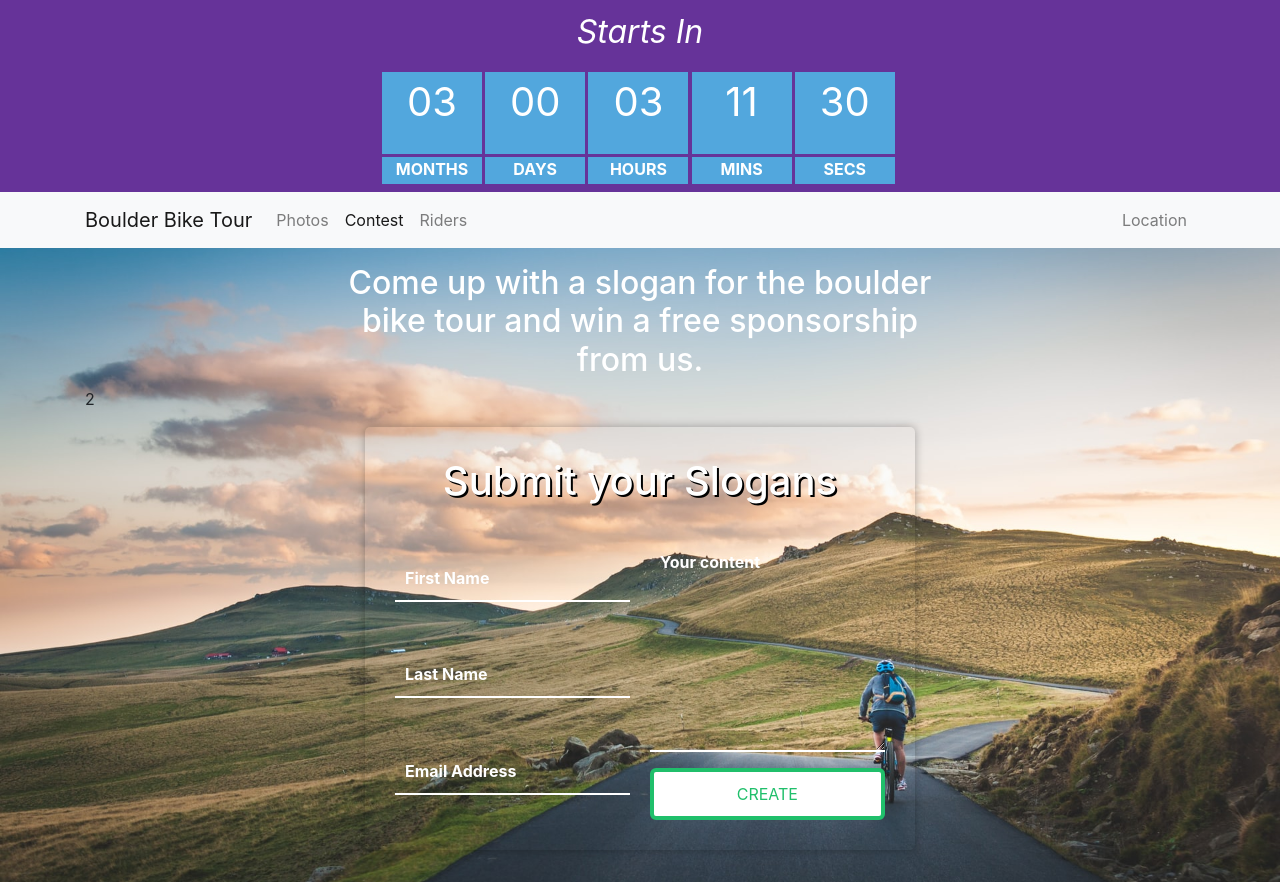
Repository: akinsikuoluwafemi/boulder_bike_tour_frontend
Page: /contest
An editor plug-in stored every save of this project. The page is shown before and after the next save, followed by the edit.
The browser window is 1280 px wide. The pictures show the whole page.
The page's requests for data from a server got no answer. Some web libraries are served in a nearby version. The project was rebuilt for these pictures with package versions that can differ from the ones it lists, and the page was loaded fresh each time. No one was signed in, and anything a server would have sent is missing. Also part of the build but not shown: src/components/Home/LatestNews.js, src/components/Home/Winners.js, src/components/Accordions/Accordions.js, src/components/Home/FooterContent.js, src/components/Home/Home.js, src/components/Location/mapStyles.js, src/components/Spinner/Spinner.scss, src/components/Spinner/Spinner.js and 5 more.

Above is the page before, as saved 2020-08-23 08:34:11.

After the next save:
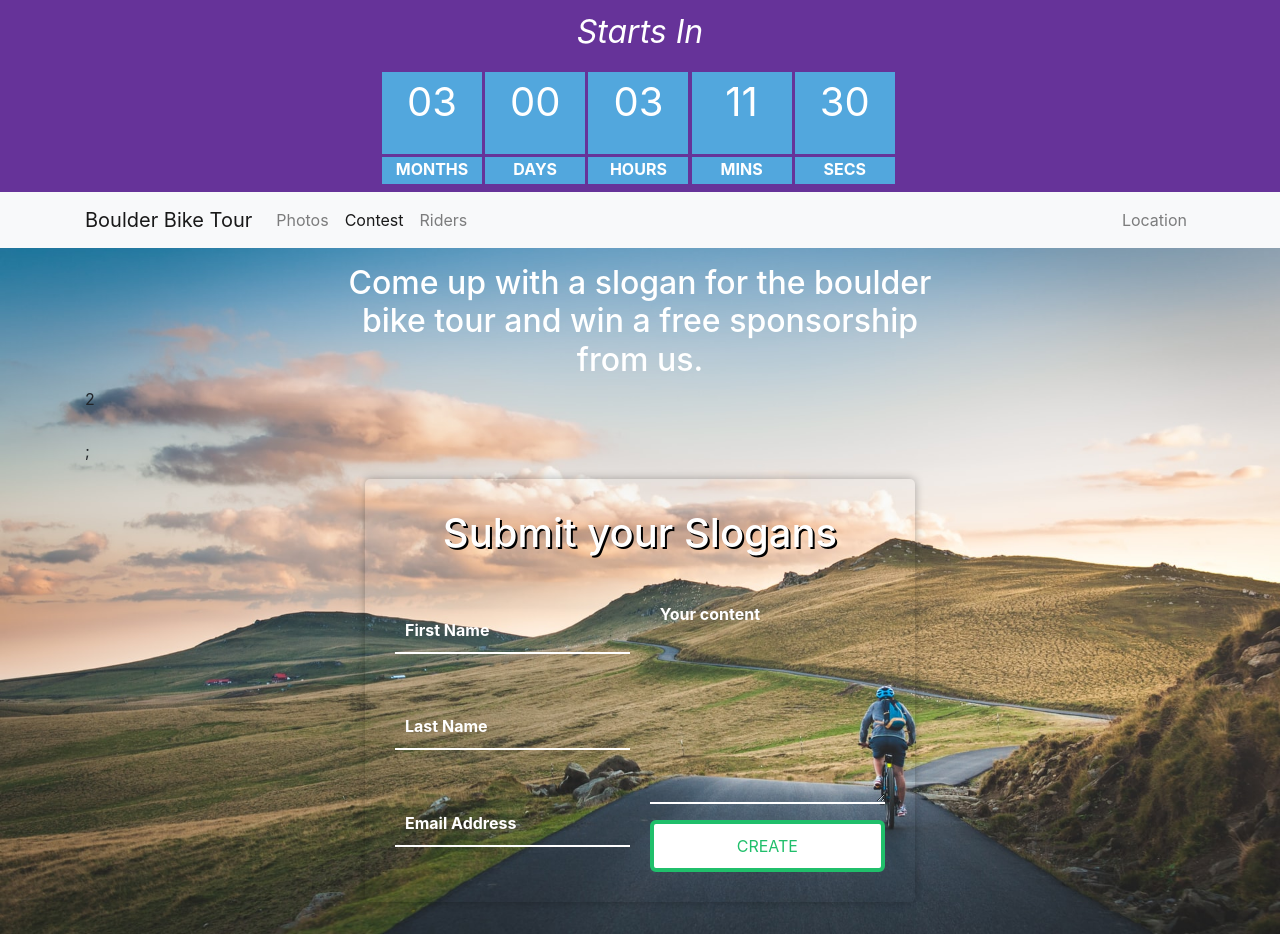
Saved 4 s later.
--- a/src/components/Contest/Contest.js
+++ b/src/components/Contest/Contest.js
@@ -79,11 +79,8 @@ const Contest = () => {
               sponsorship from us.
             </h2>
             <AlertContext.Provider value={{ alert, setAlert }}>
-              {setTimeout(() => {
-
-              }, 3000)}
-
-
+              {setTimeout(() => {}, 3000)}
+              <Alert severity={alert}>{renderAlertText()}</Alert>;
               <div className="px-3 py-3 form-center">
                 <Form />
               </div>
